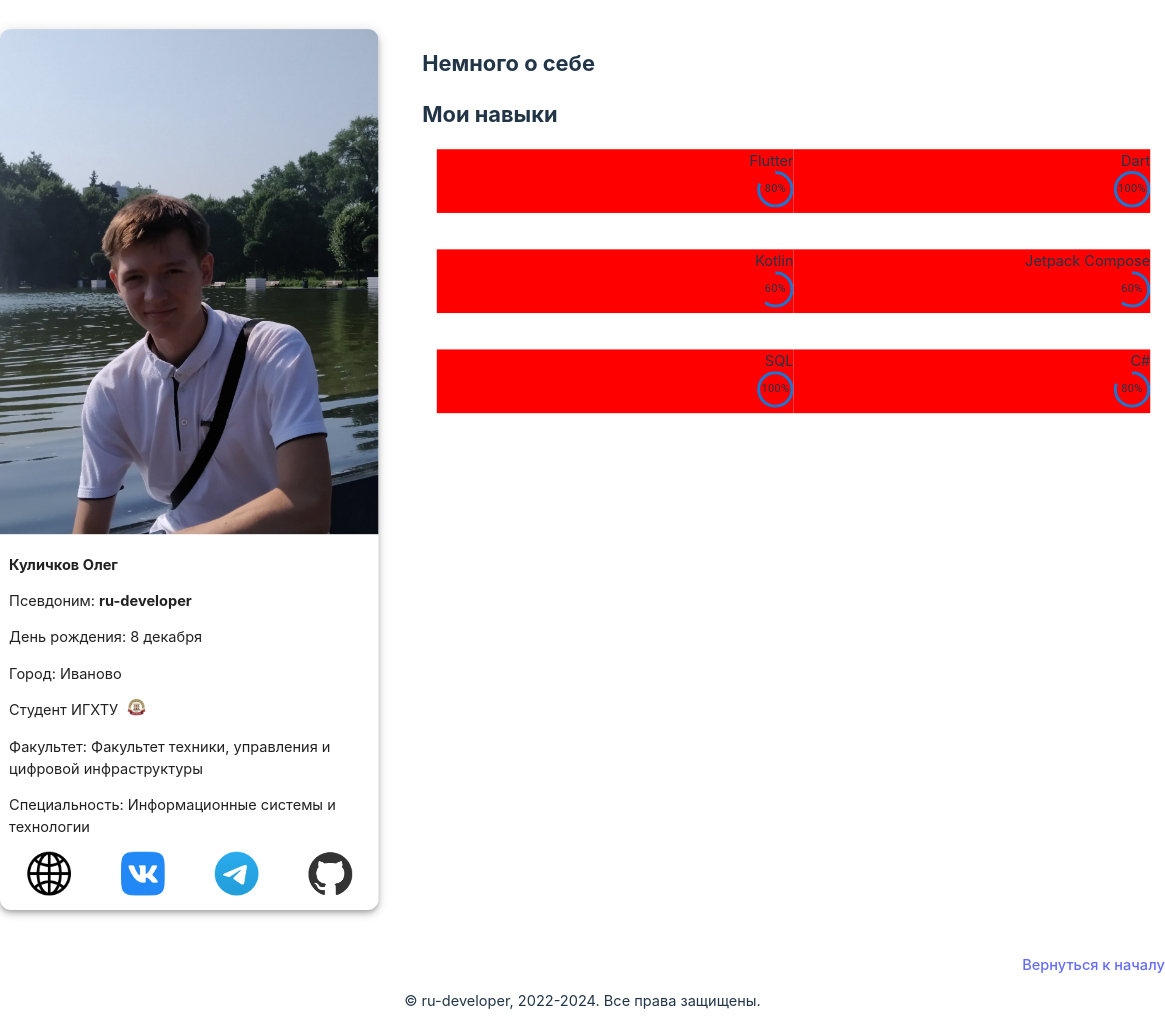
Repository: HubOl01/my_profile
Page: /
The author's editor kept a copy of each file at every save. The page is drawn from the files as they stood at one save, then again after a run of saves.
The browser window is 1280 px wide. The pictures show the whole page, at 91% of full size.
The project was rebuilt for these pictures with package versions that can differ from the ones it lists, and the page was loaded fresh each time. Also part of the build but not shown: vite.config.ts, src/components/header/Header.module.scss, src/data/websites.ts.

Above is the page before, as saved 2024-03-09 11:02:47.

After the next 2 saves:
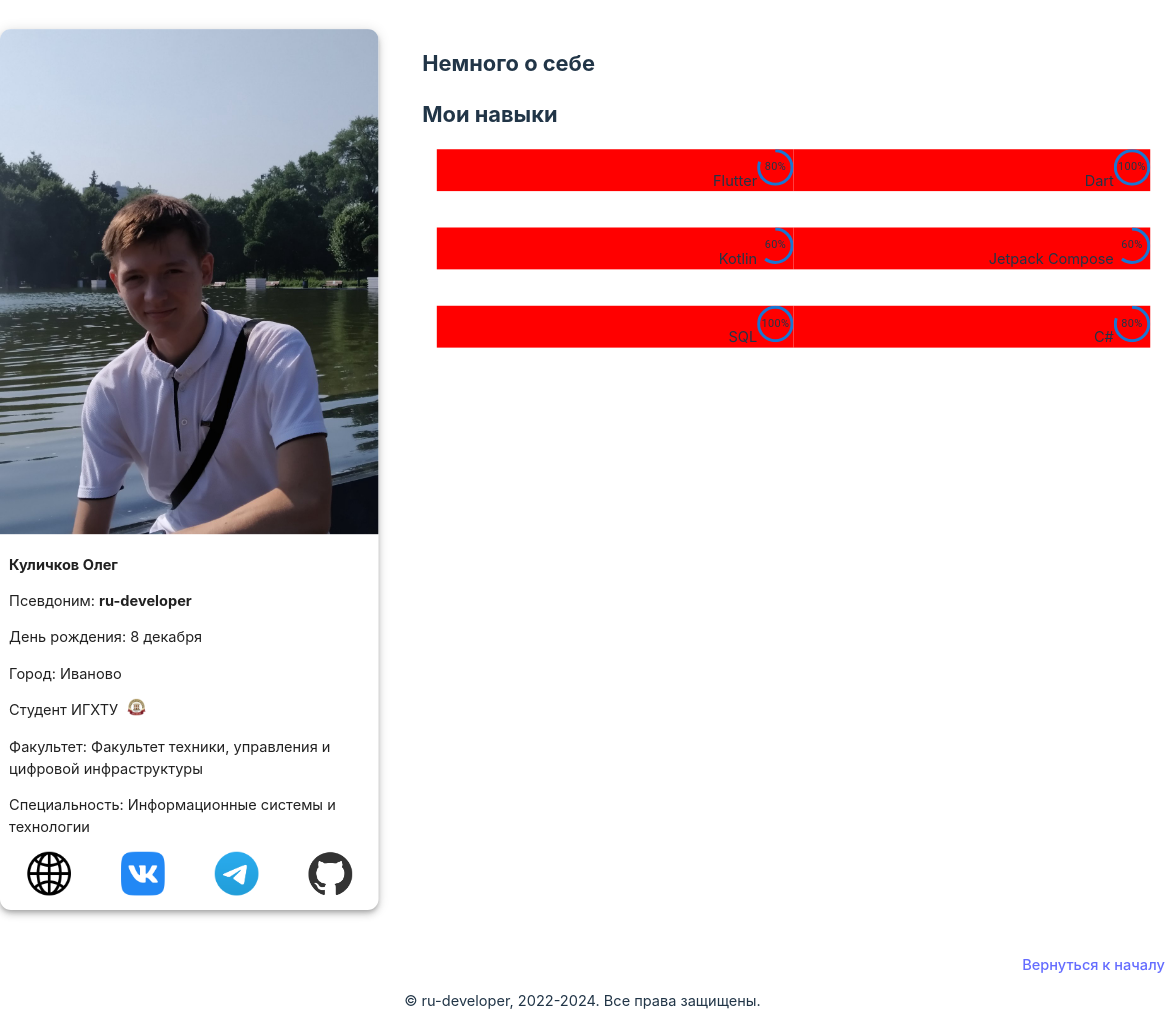
The 2 saves are shown as one change because 1 did not build or start.
The last was saved 8 s later.
--- a/src/components/center/Common.tsx
+++ b/src/components/center/Common.tsx
@@ -27,15 +27,8 @@ export default function Common() {
                   {skill.name}
 
 
-                <div style={{
-                  whiteSpace: "nowrap",
-                  // display: "inline-block",
-                  "textAlign": "right",
-                  // transform: "translateY(50%)",
-                }}>
                   <CircularProgressWithLabel value={skill.progress * 100} />
 
-                </div>
 
 
               </Box>
